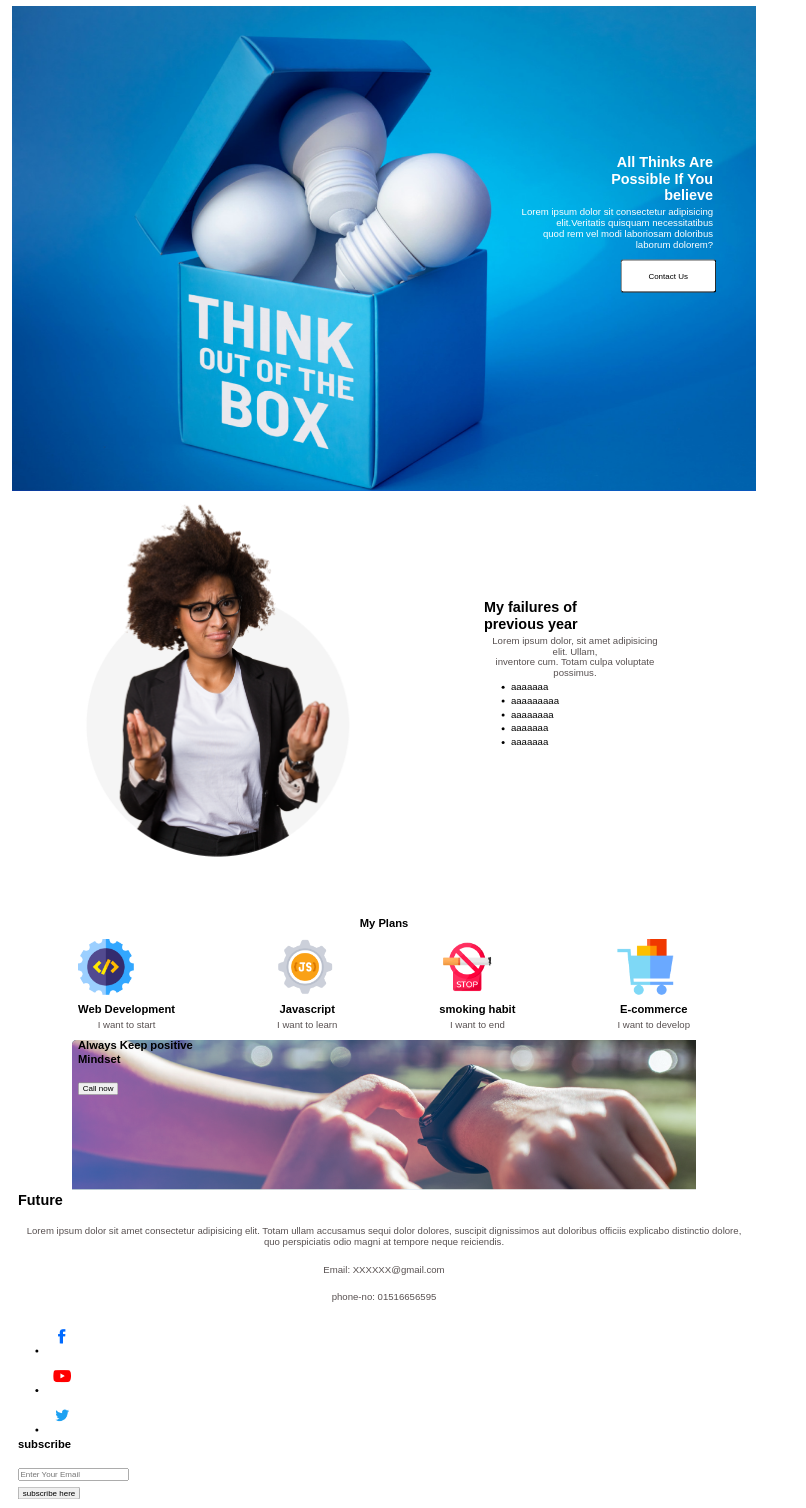
Repository: sadiaafsana138/All-Thinks-Are-Possible-Website
Page: index.html
The author's editor kept a copy of each file at every save. The page is drawn from the files as they stood at one save, then again after the next save.
The browser window is 1280 px wide. The page is 1344 px wide, so the pictures cover 1344 px, including what lies to the right of the window. The pictures show the whole page, at 60% of full size.

Above is the page before, as saved 2023-01-08 11:41:43.

After the next save:
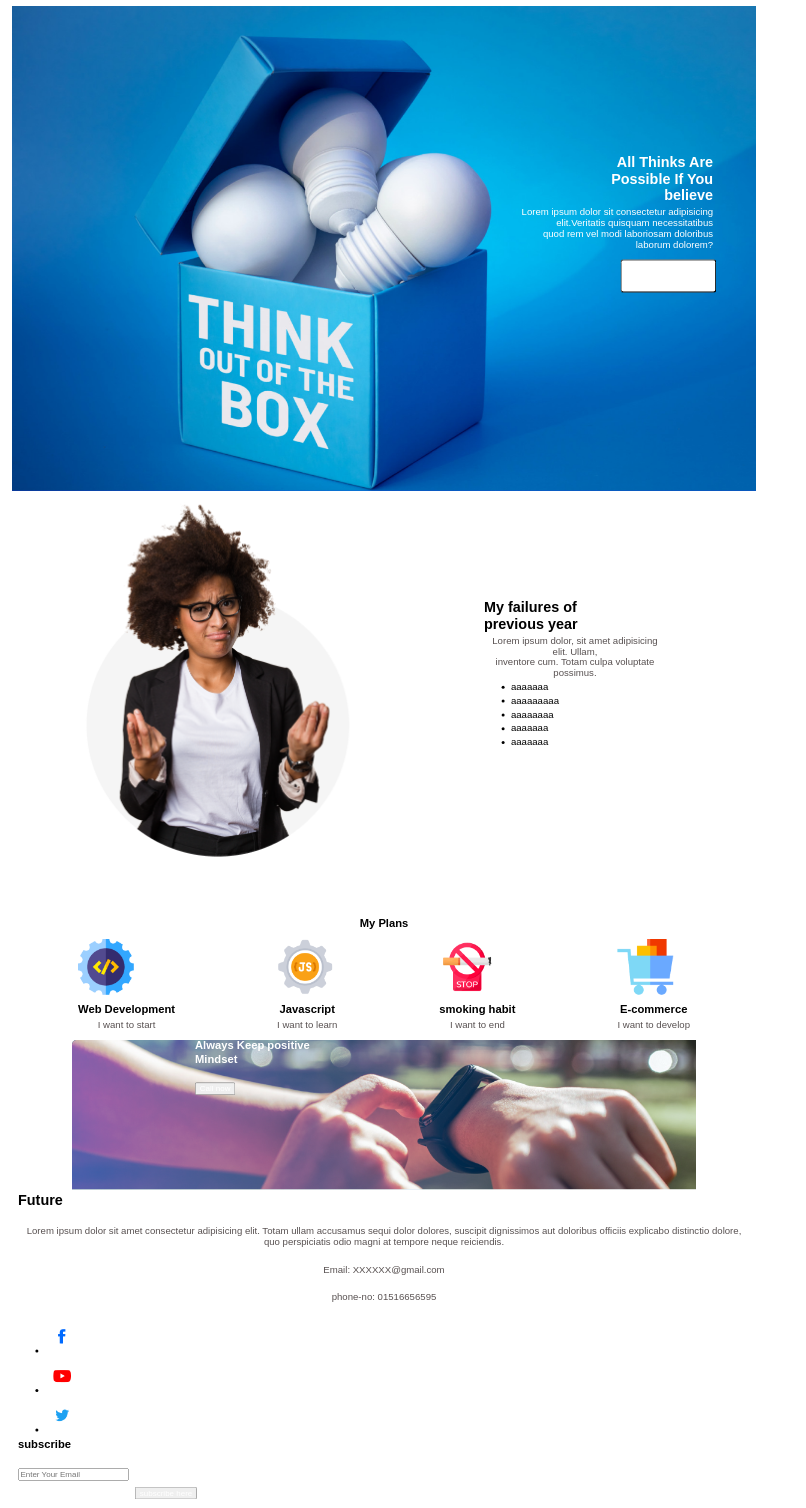
Saved 73 s later.
--- a/styles/web.css
+++ b/styles/web.css
@@ -78,6 +78,8 @@ p{
     background-blend-mode:lighten;
     height: 250px;
 }
-#mindsetxt h3{
+#mindsetxt h3,button{
     text-align: left;
+    margin-left: 200px;
+    color: white;
 }
